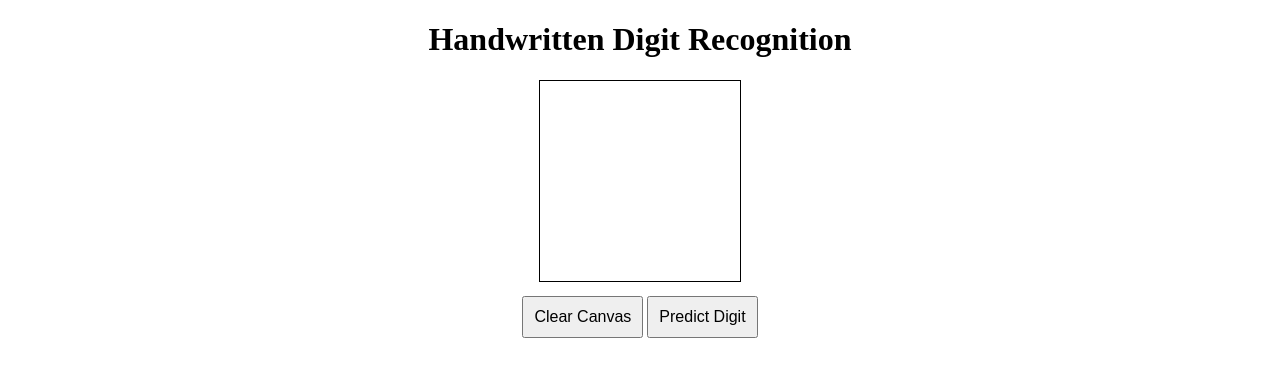
Repository: arturr0/tf_wright
Page: wgl/trainded/index.html
The author's editor kept a copy of each file at every save. The page is drawn from the files as they stood at one save, then again after the next save.
The browser window is 1280 px wide. The pictures show the whole page.

Above is the page before, as saved 2025-04-27 17:27:06.

### wgl/trainded/index.html
<!DOCTYPE html>
<html lang="en">
<head>
    <meta charset="UTF-8">
    <meta name="viewport" content="width=device-width, initial-scale=1.0">
    <title>Handwritten Digit Recognition</title>
    <style>
        #canvas {
            border: 1px solid black;
        }
        .container {
            text-align: center;
            margin-top: 20px;
        }
        button {
            margin-top: 10px;
            padding: 10px;
            font-size: 16px;
        }
    </style>
</head>
<body>
    <div class="container">
        <h1>Handwritten Digit Recognition</h1>
        <canvas id="canvas" width="200" height="200"></canvas><br>
        <button onclick="clearCanvas()">Clear Canvas</button>
        <button onclick="predictDigit()">Predict Digit</button>
        <p id="prediction-result"></p>
    </div>

    <!-- TensorFlow.js -->
    <script src="https://cdn.jsdelivr.net/npm/@tensorflow/tfjs"></script>
    <script src="app.js"></script>
</body>
</html>

### wgl/trainded/app.js
// app.js

// Grab canvas and context
const canvas = document.getElementById('canvas');
const ctx    = canvas.getContext('2d');

// Ensure an opaque white background at startup
function clearCanvas() {
  ctx.fillStyle = 'white';               // opaque white :contentReference[oaicite:4]{index=4}
  ctx.fillRect(0, 0, canvas.width, canvas.height);
  document.getElementById('prediction-result').innerText = '';
}
// Clear once on load
clearCanvas();

// Set up drawing style: black strokes on white
ctx.strokeStyle = 'black';
ctx.lineWidth   = 15;
ctx.lineCap     = 'round';

let drawing = false;
canvas.addEventListener('mousedown', () => { drawing = true; });
canvas.addEventListener('mouseup',   () => { drawing = false; ctx.beginPath(); });
canvas.addEventListener('mousemove', draw);

function draw(e) {
  if (!drawing) return;
  const x = e.offsetX, y = e.offsetY;
  ctx.lineTo(x, y);
  ctx.stroke();
  ctx.beginPath();
  ctx.moveTo(x, y);
}

// Load the pre-trained MNIST model from tfjs-mnist-workshop
async function loadModel() {
  const MODEL_URL =
    'https://raw.githubusercontent.com/google/tfjs-mnist-workshop/master/model/model.json';
  const model = await tf.loadLayersModel(MODEL_URL);  // async load :contentReference[oaicite:5]{index=5}
  console.log('Model loaded from tfjs-mnist-workshop');
  return model;
}

// Preprocess, invert, reshape, and predict
async function predictDigit() {
  const model = await loadModel();

  // 1) Grab pixel data → [200,200,3], 2) resize → [28,28,3]
  let tensor = tf.browser.fromPixels(canvas)
    .resizeNearestNeighbor([28, 28])
    .mean(2)                  // to grayscale → [28,28] :contentReference[oaicite:6]{index=6}
    .toFloat()
    .div(tf.scalar(255));     // normalize to [0,1]

  // 3) Flatten to [1,784], 4) Invert so digit=1, bg=0
  tensor = tensor
    .reshape([1, 784])        // Dense expects 2-D [batch,784] :contentReference[oaicite:7]{index=7}
    .neg()
    .add(tf.scalar(1));

  // Predict and display
  const prediction = model.predict(tensor);
  const classId    = prediction.argMax(1).dataSync()[0];
  document.getElementById('prediction-result')
          .innerText = `Predicted digit: ${classId}`;
}

After the next save:
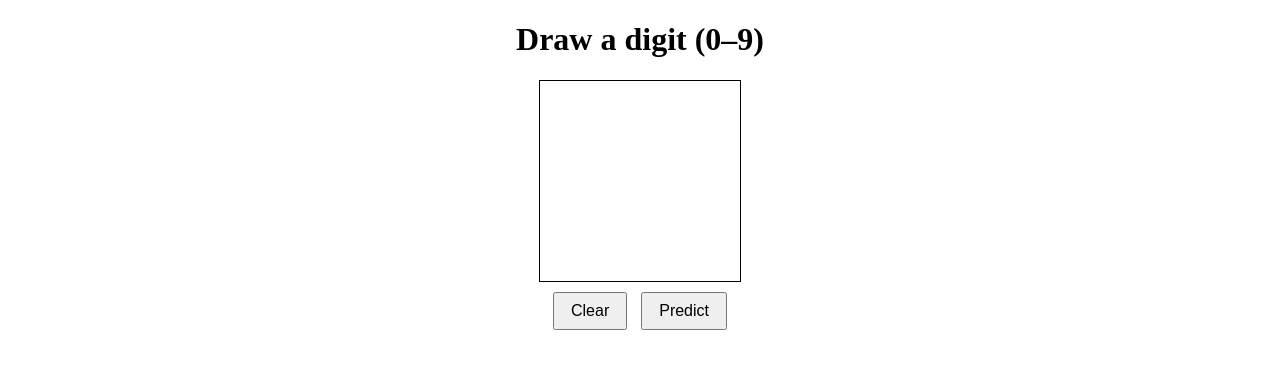
Saved 13 s later.
--- a/wgl/trainded/index.html
+++ b/wgl/trainded/index.html
@@ -1,35 +1,28 @@
 <!DOCTYPE html>
 <html lang="en">
 <head>
-    <meta charset="UTF-8">
-    <meta name="viewport" content="width=device-width, initial-scale=1.0">
-    <title>Handwritten Digit Recognition</title>
-    <style>
-        #canvas {
-            border: 1px solid black;
-        }
-        .container {
-            text-align: center;
-            margin-top: 20px;
-        }
-        button {
-            margin-top: 10px;
-            padding: 10px;
-            font-size: 16px;
-        }
-    </style>
+  <meta charset="UTF-8">
+  <meta name="viewport" content="width=device-width, initial-scale=1">
+  <title>Handwritten Digit Recognition</title>
+  <style>
+    #canvas { border: 1px solid #000; }
+    .controls { text-align: center; margin-top: 10px; }
+    button { margin: 0 5px; padding: 8px 16px; font-size: 16px; }
+  </style>
 </head>
 <body>
-    <div class="container">
-        <h1>Handwritten Digit Recognition</h1>
-        <canvas id="canvas" width="200" height="200"></canvas><br>
-        <button onclick="clearCanvas()">Clear Canvas</button>
-        <button onclick="predictDigit()">Predict Digit</button>
-        <p id="prediction-result"></p>
-    </div>
+  <h1 style="text-align:center;">Draw a digit (0–9)</h1>
+  <div style="display:flex; justify-content:center;">
+    <canvas id="canvas" width="200" height="200"></canvas>
+  </div>
+  <div class="controls">
+    <button onclick="clearCanvas()">Clear</button>
+    <button onclick="predictDigit()">Predict</button>
+    <p id="prediction-result"></p>
+  </div>
 
-    <!-- TensorFlow.js -->
-    <script src="https://cdn.jsdelivr.net/npm/@tensorflow/tfjs"></script>
-    <script src="app.js"></script>
+  <!-- TensorFlow.js -->
+  <script src="https://cdn.jsdelivr.net/npm/@tensorflow/tfjs"></script>
+  <script src="app.js"></script>
 </body>
 </html>
